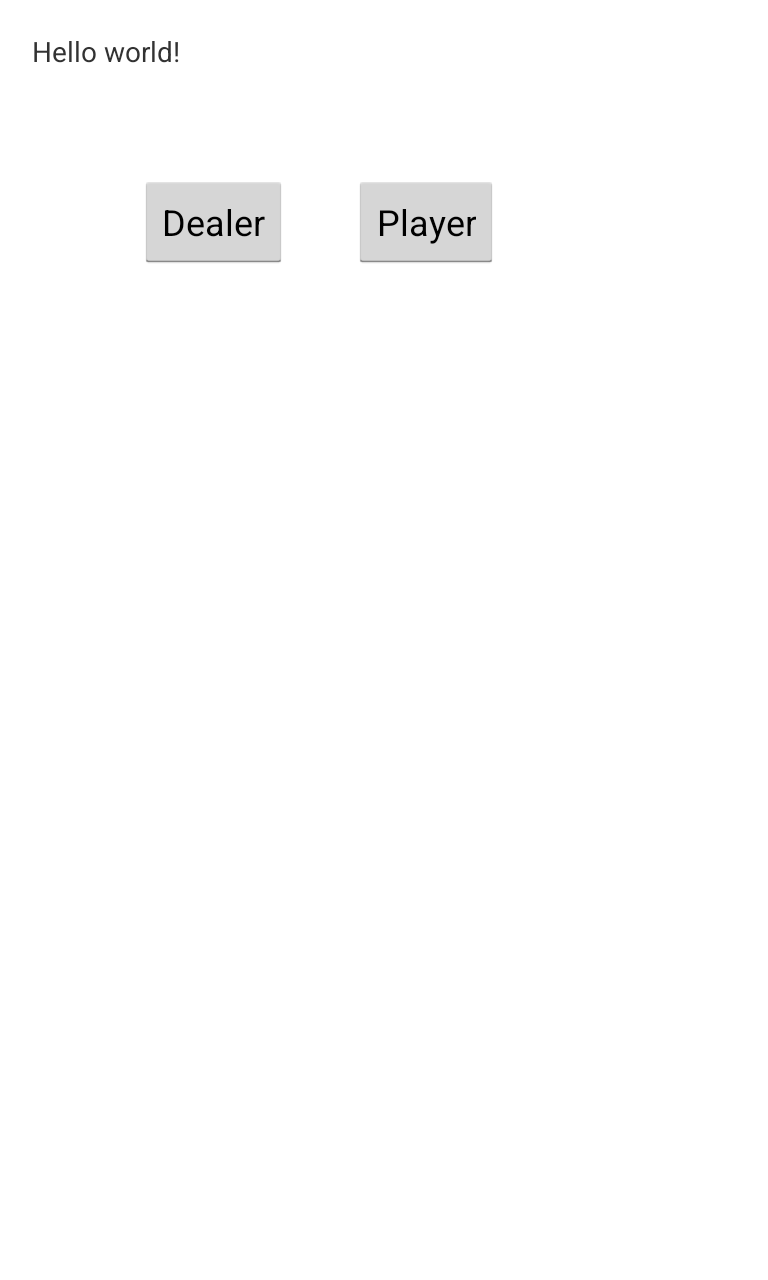
Repository: mryan23/TexasHoldem
Layout: PokerGame/res/layout/activity_select_role.xml
These files come from the project's save history. The layout is drawn as it stood at one moment and after the next save; the edit follows.
It is drawn on a 768 x 1280 px phone screen (xhdpi) without system bars, with theme AppTheme; the app's code is not run.

Above is the layout before, as saved 2013-07-13 04:59:01.

After the next save:
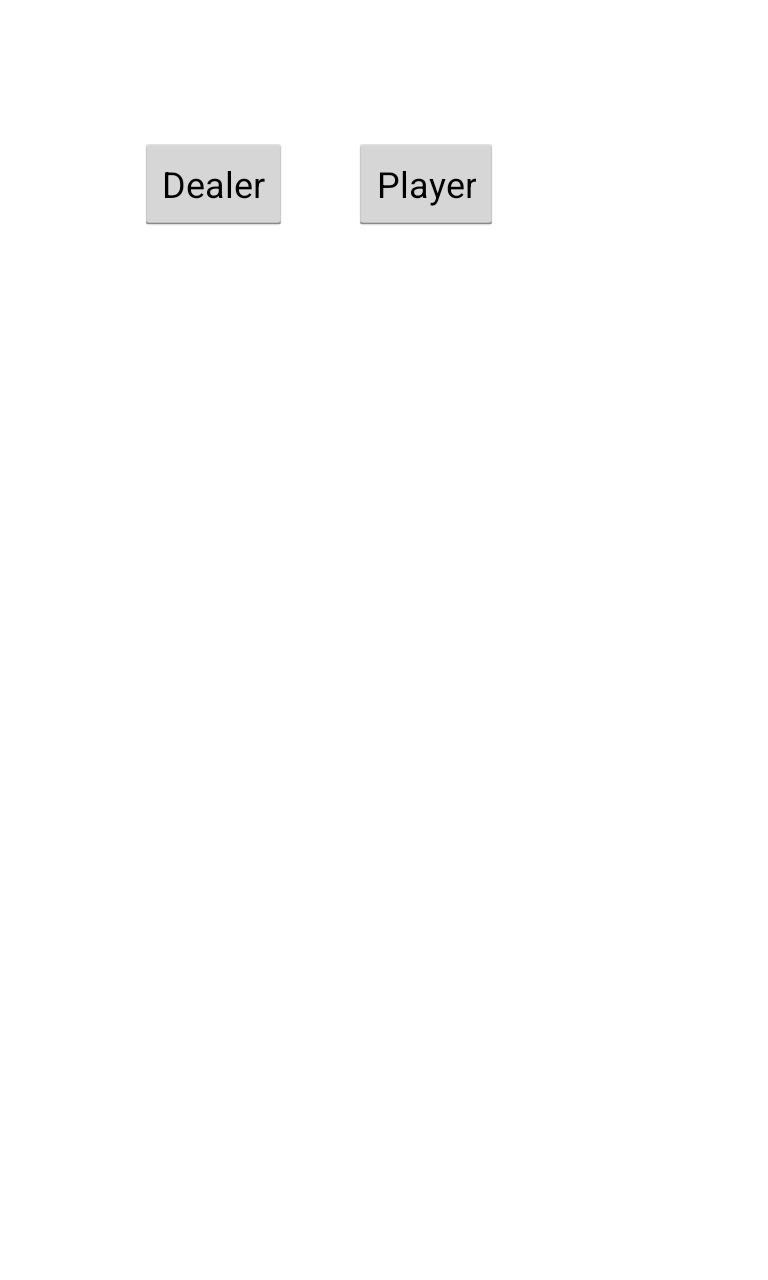
Saved 67 s later.
--- a/PokerGame/res/layout/activity_select_role.xml
+++ b/PokerGame/res/layout/activity_select_role.xml
@@ -8,18 +8,10 @@
     android:paddingTop="@dimen/activity_vertical_margin"
     tools:context=".SelectRoleActivity" >
 
-    <TextView
-        android:id="@+id/textView1"
-        android:layout_width="wrap_content"
-        android:layout_height="wrap_content"
-        android:text="@string/hello_world" />
-
     <Button
         android:id="@+id/dealerRoleButton"
         android:layout_width="wrap_content"
         android:layout_height="wrap_content"
-        android:layout_alignLeft="@+id/textView1"
-        android:layout_below="@+id/textView1"
         android:layout_marginLeft="53dp"
         android:layout_marginTop="52dp"
         android:text="Dealer" />
